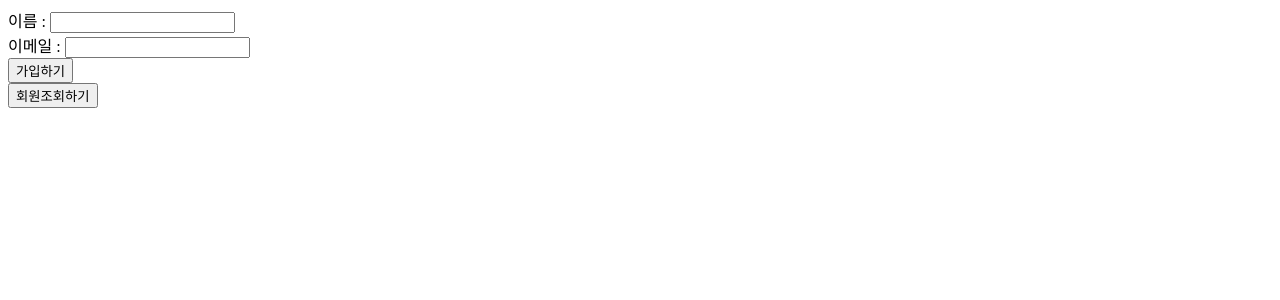
Repository: phoresis92/KITRI_JSP
Page: JSP_workspace/RequestServlet/WebContent/input.html
These files come from the project's save history. The page is drawn as it stood at one moment and after the next save; the edit follows.
The browser window is 1280 px wide. The pictures show the whole page.

Above is the page before, as saved 2018-12-19 02:58:52.

After the next save:
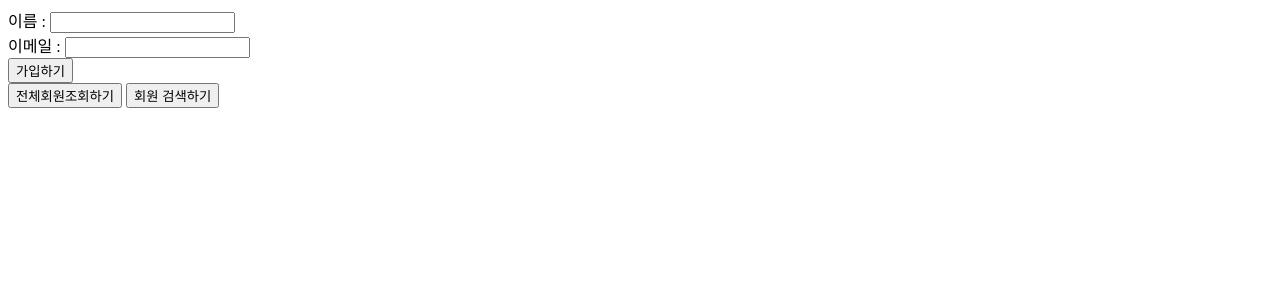
Saved 2 min 36 s later.
--- a/JSP_workspace/RequestServlet/WebContent/input.html
+++ b/JSP_workspace/RequestServlet/WebContent/input.html
@@ -12,8 +12,11 @@
 	</form>
 
 	<form action="mem.do" method="post">
-		<input type="submit" value="회원조회하기">
+		<input type="submit" value="전체회원조회하기">
 		<input type="hidden" name="mem_code" value="show_all">
+
+		<input type="submit" value="회원 검색하기">
+		<input type="hidden" name="mem_code" value="search">
 	</form>
 </body>
 </html>
